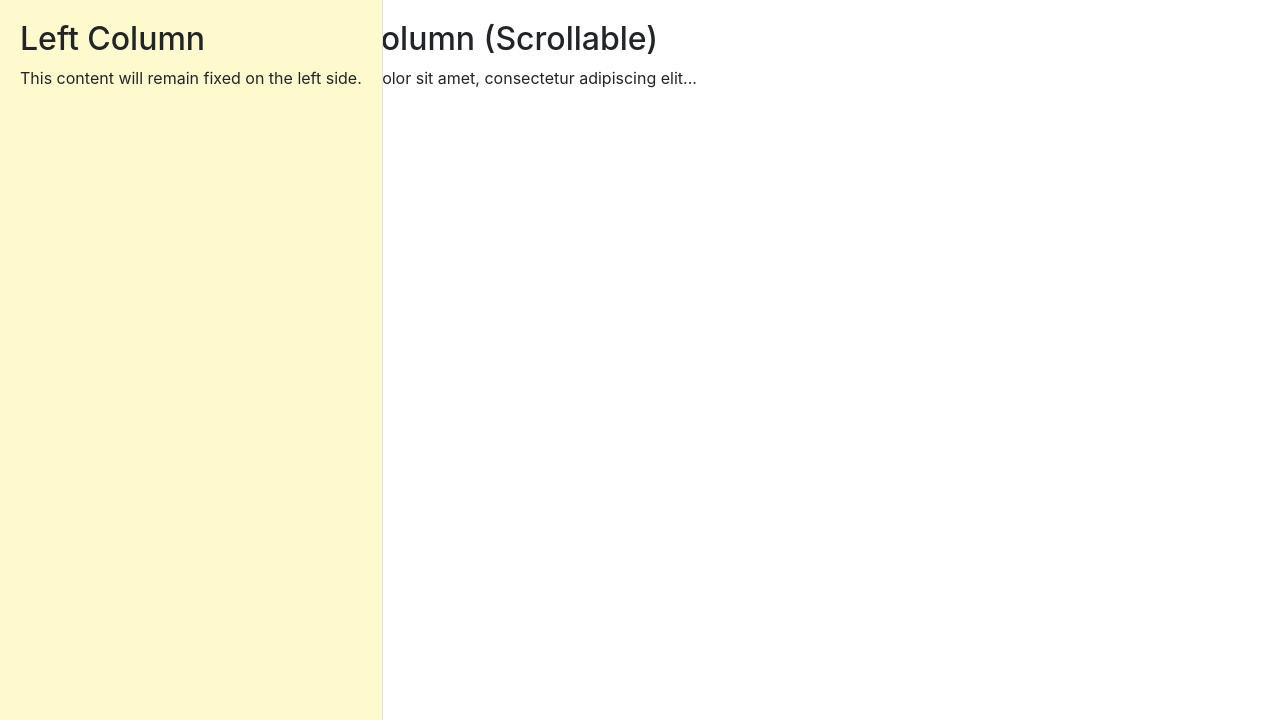
Repository: oliviahsia/FinalProject
Page: src/main/webapp/WEB-INF/main.html
These files come from the project's save history. The page is drawn as it stood at one moment and after the next save; the edit follows.
The browser window is 1280 px wide. The pictures show the whole page.
Some web libraries are served in a nearby version.

Above is the page before, as saved 2024-03-08 11:52:23.

After the next save:
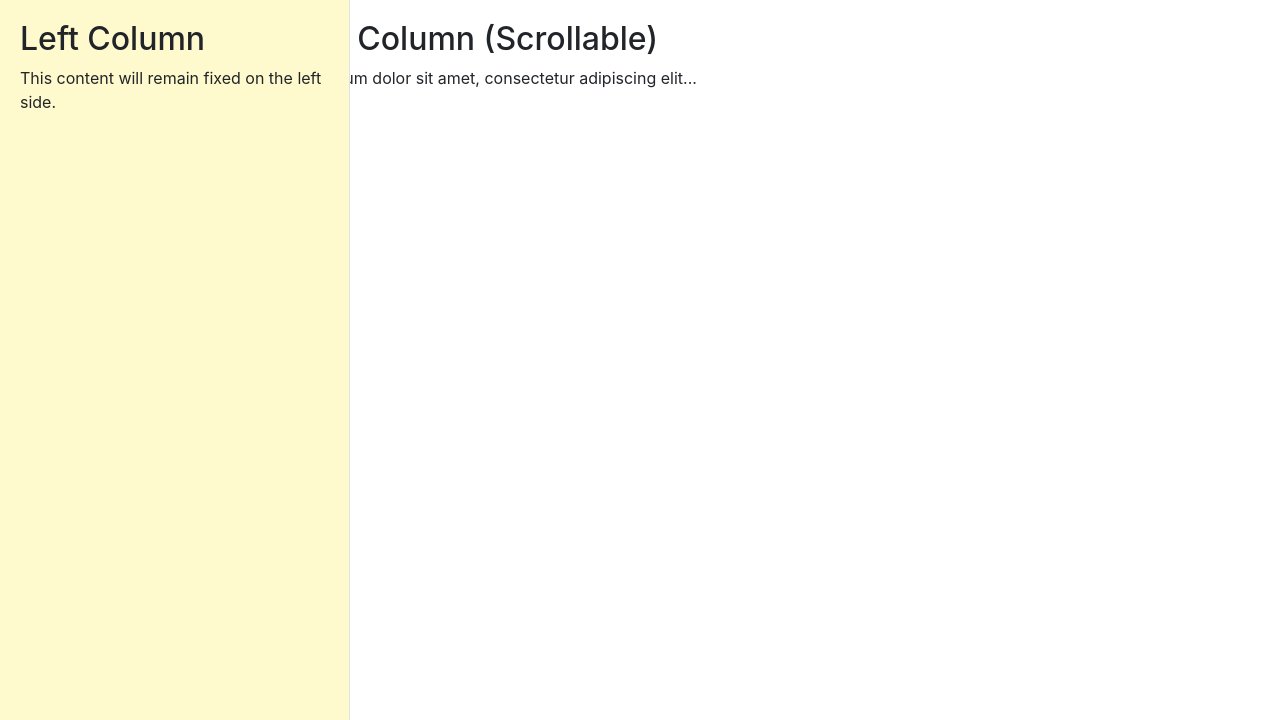
Saved 6 s later.
--- a/src/main/webapp/WEB-INF/main.html
+++ b/src/main/webapp/WEB-INF/main.html
@@ -20,7 +20,7 @@
       position: fixed;
       top: 0;
       left: 0;
-      width: px;
+      width: 350px;
       /* Set the width of the left column */
       height: 100%;
       background-color: #FFFACD;

After the 5 saves that followed:
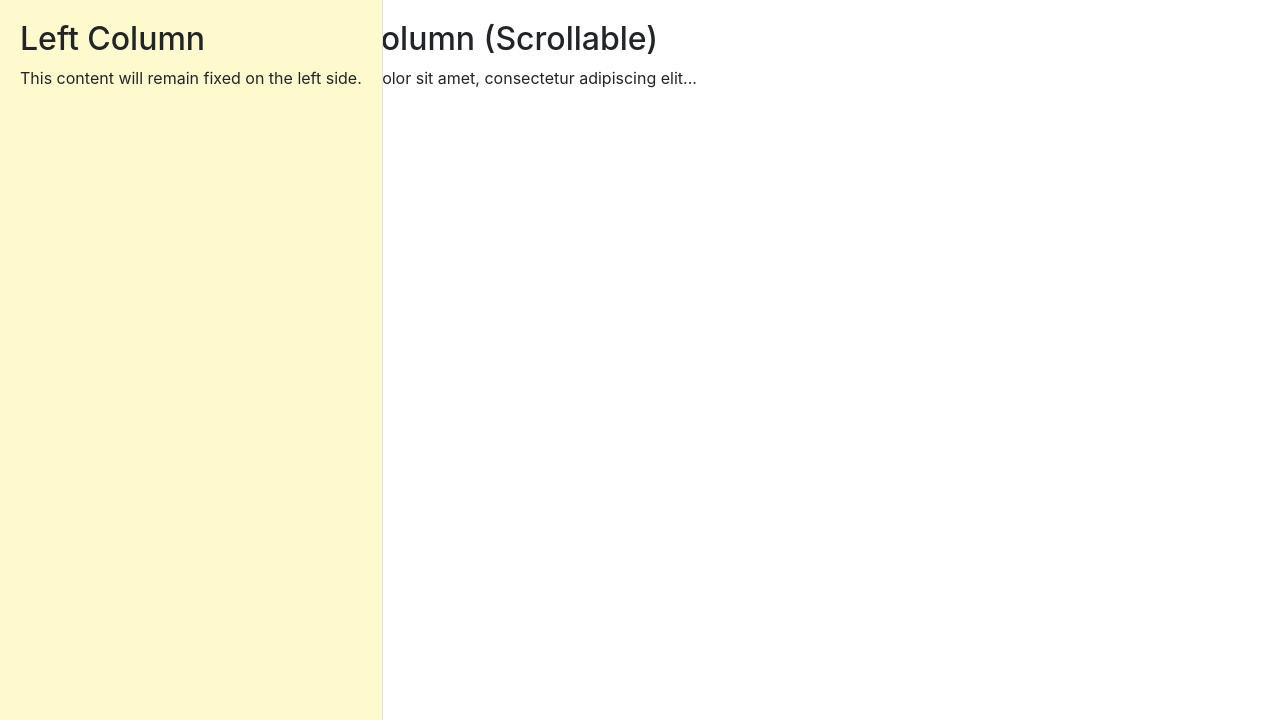
The 5 saves are shown as one change because they came seconds apart.
The last was saved 19 s later.
--- a/src/main/webapp/WEB-INF/main.html
+++ b/src/main/webapp/WEB-INF/main.html
@@ -20,7 +20,7 @@
       position: fixed;
       top: 0;
       left: 0;
-      width: 350px;
+      width: 250;
       /* Set the width of the left column */
       height: 100%;
       background-color: #FFFACD;
